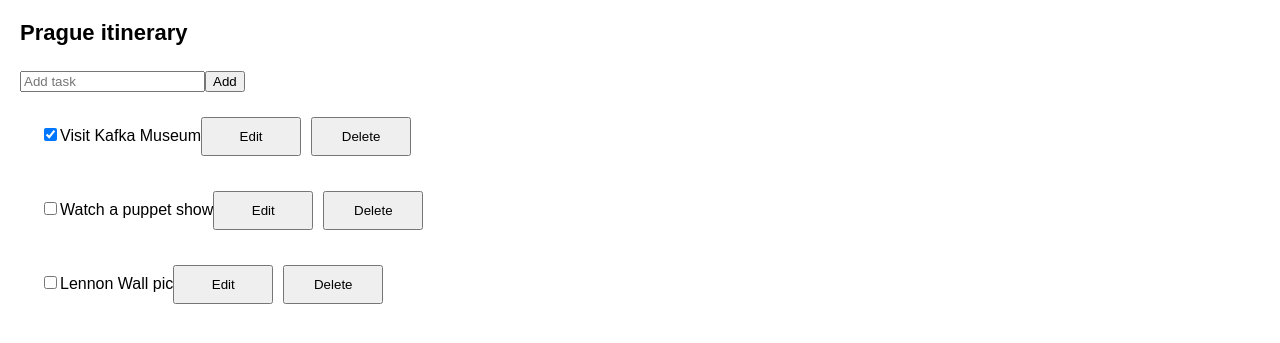
Repository: trider/my-react-app
Page: /
An editor plug-in stored every save of this project. The page is shown before and after the next save, followed by the edit.
The browser window is 1280 px wide. The pictures show the whole page.
The project was rebuilt for these pictures with package versions that can differ from the ones it lists, and the page was loaded fresh each time. Also part of the build but not shown: src/components/basic/Gallery.js, src/components/basic/Profile.js, src/components/utils.js, src/components/basic/Avatar.js, src/components/basic/GridX.js, src/components/time/Clock.js, src/components/time/Time.js, src/components/basic/ListT.js and 55 more. Imported but missing from the stored project, and not drawn on this page: src/components/stateManagement/Accoridion.

Above is the page before, as saved 2024-04-25 10:37:54.

### src/App.js
// import logo from './logo.svg';
import Gallery from './components/basic/Gallery.js';
import Profile from './components/basic/Profile.js';
import Avatar from './components/basic/Avatar.js';
import GridX from './components/basic/GridX.js';
import Time from './components/time/Time.js';
import List from './components/basic/ListT.js';
import ListP from './components/people/people.js';
import Tea from './components/basic/Tea.js';
import MyFancy from './components/fancyText/MyFancy.js';
import Interactive from './components/inveractive/interactive.js';
import State from './components/state/state.js';
import StateManagement from './components/stateManagement/StateManagement.js';

import Card from './components/basic/Card.js';

import './App.css';
import './styles.css';

const props = {
  avatar: {
    size: 100,
    person: {
      name: 'Katsuko Saruhashi',
      imageId: 'YfeOqp2'
    }
  },
  show: {
    default: {
      show:false,
      components:{
        clock: false,
        avatar: false,
        gallery: false,
        grid: false,
        profile: false,
        list: false,
        people: false,
        tea: true,
        fancy: true
      }
    },
    interactive: false,
    state: false,
    stateManagement: true



  }

}

const person = {
  name: 'Gregorio Y. Zara',
  theme: {
    backgroundColor: 'black',
    color: 'pink'
  }
};




let App = () => {
  return (
    <div>

      { props.show.default.show &&
        <div>
          {props.show.default.components.clock && <Card><Time /></Card>}
          {props.show.default.components.profile && <Card><Profile /></Card>}
          {props.show.default.components.grid && <Card><GridX /></Card>}
          {props.show.default.components.person &&
            <Card>
              <div style={person.theme}>
                <h1>{person.name}'s Todos</h1>
                <img
                  className="avatar"
                  src="https://i.imgur.com/7vQD0fPs.jpg"
                  alt="Gregorio Y. Zara"
                />
                <ul>
                  <li>Improve the videophone</li>
                  <li>Prepare aeronautics lectures</li>
                  <li>Work on the alcohol-fuelled engine</li>
                </ul>
              </div>
            </Card>
          }


            {props.show.default.components.avatar &&
              <Card>
                <div className="avatar"><Avatar {...props.avatar} /></div>
              </Card>

            }

            {props.show.default.components.list && <Card><List /></Card>}
            {props.show.default.components.gallery && <Card><Gallery /></Card>}
            {props.show.default.components.people && <Card><ListP /></Card>}
            {props.show.default.components.tea && <Card><Tea /></Card>}
            {props.show.default.components.fancy && <Card><MyFancy /></Card>}



        </div>
      }
      {props.show.interactive && <Interactive />}
      {props.show.state && <State />}
      {props.show.stateManagement && <StateManagement />}



    </div>


  );
}


export default App;

### src/components/stateManagement/StateManagement.js
import Quiz from "./Quiz";
import FeedbackForm from "./FeedBack";
import NameCheck from "./NameCheck";
import Menu from "./Snacks";
import Card from "../basic/Card";
import TravelPlan from "./places/TravelPlan";
import Accordion from "./Accoridion";
import Counter1 from "./Counters/Counters1";
import Counter2 from "./Counters/Counters2";
import Counter3 from "./Counters/Counters3";
import Counter4 from "./Counters/Counters4";
import Scoreboard from "./Counters/Counters5";
import Messenger from "./Contacts/Contacts";
import TaskApp from "./Reducers/TaskApp";

import './styles.css';
import './Counters/counters.css';
// import './places/places.css';

const props = {
 show: {
  quiz: false,
  feedBack: false,
  nameCheck: false,
  menu: false,
  travelPlan: false,
  accordion:false,
  counter1:false,
  counter2:false,
  counter3:false,
  counter4:false,
  scoreboard:false,
  messenger:false,
  taskApp:true

 }
};


const StateManagement = () => {


  return (
    <div>
     {props.show.quiz && <Quiz />}
     {props.show.feedBack && <FeedbackForm />}
     {props.show.nameCheck && <NameCheck />}
     {props.show.menu &&
      <Card>
        <Menu />
      </Card>}
      {props.show.travelPlan && <TravelPlan /> }
      {props.show.accordion &&  <Accordion />}
      {props.show.counter1 && <Counter1 />}
      {props.show.counter2 && <Counter2 />}
      {props.show.counter3 && <Counter3 />}
      {props.show.counter4 && <Counter4 />}
      {props.show.scoreboard && <Scoreboard />}
      {props.show.messenger && <Messenger />}
      {props.show.taskApp && <TaskApp />}

    </div>
  );
}

export default StateManagement;

### src/styles.css
* {
 box-sizing: border-box;
}

body {
 font-family: sans-serif;
 margin: 20px;
 padding: 0;
}

h1 {
 margin-top: 0;
 font-size: 22px;
}

h2 {
 margin-top: 0;
 font-size: 20px;
}

h3 {
 margin-top: 0;
 font-size: 18px;
}

h4 {
 margin-top: 0;
 font-size: 16px;
}

h5 {
 margin-top: 0;
 font-size: 14px;
}

h6 {
 margin-top: 0;
 font-size: 12px;
}

code {
 font-size: 1.2em;
}

ul {
 padding-inline-start: 20px;
 list-style-type: circle;
}

.card {
 width: fit-content;
 margin: 5px;
 display: block;
 margin-left: auto;
 margin-right: auto;
 padding: 5px;
 font-size: 20px;
 text-align: center;
 border: 1px solid #aaa;
 border-radius: 20px;
 background: #fff;
}
.avatar {
 margin: 20px;
 border-radius: 50%;
}

### src/components/people/people.css
* {
 box-sizing: border-box;
}

body {
 font-family: sans-serif;
 margin: 20px;
 padding: 0;
}

h1 {
 margin-top: 0;
 font-size: 22px;
}

h2 {
 margin-top: 0;
 font-size: 20px;
}

h3 {
 margin-top: 0;
 font-size: 18px;
}

h4 {
 margin-top: 0;
 font-size: 16px;
}

h5 {
 margin-top: 0;
 font-size: 14px;
}

h6 {
 margin-top: 0;
 font-size: 12px;
}

code {
 font-size: 1.2em;
}

ul {
 padding-inline-start: 20px;
}

ul { list-style-type: none; padding: 0px 10px; }
li {
 margin-bottom: 10px;
 display: grid;
 grid-template-columns: auto 1fr;
 gap: 20px;
 align-items: center;
}
img { width: 100px; height: 100px; border-radius: 50%; }

### src/components/fancyText/fancy.css
* {
 box-sizing: border-box;
}

body {
 font-family: sans-serif;
 margin: 20px;
 padding: 0;
}

h1 {
 margin-top: 0;
 font-size: 22px;
}

h2 {
 margin-top: 0;
 font-size: 20px;
}

h3 {
 margin-top: 0;
 font-size: 18px;
}

h4 {
 margin-top: 0;
 font-size: 16px;
}

h5 {
 margin-top: 0;
 font-size: 14px;
}

h6 {
 margin-top: 0;
 font-size: 12px;
}

code {
 font-size: 1.2em;
}

ul {
 padding-inline-start: 20px;
}

.fancy {
 font-family: 'Georgia';
}
.title {
 color: #007AA3;
 text-decoration: underline;
}
.cursive {
 font-style: italic;
}
.small {
 font-size: 10px;
}
.colorbox {
 height: 100px;
 width: 100px;
 margin: 8px;
}

### src/components/inveractive/interactive.css
* {
 box-sizing: border-box;
}

body {
 font-family: sans-serif;
 margin: 20px;
 padding: 0;
}

h1 {
 margin-top: 0;
 font-size: 22px;
}

h2 {
 margin-top: 5px;
 font-size: 20px;
}

h3 {
 margin-top: 0;
 font-size: 18px;
}

h4 {
 margin-top: 0;
 font-size: 16px;
}

h5 {
 margin-top: 0;
 font-size: 14px;
}

h6 {
 margin-top: 0;
 font-size: 12px;
}

code {
 font-size: 1.2em;
}

ul {
 padding-inline-start: 20px;
}

section {
 margin-bottom: 20px;
}

button {
 margin-top: 10px;
 margin-right: 10px;
 margin-bottom: 15px;
}


.Toolbar {
 background: #aaa;
 padding: 5px;
}

### src/components/state/state.css
* {
 box-sizing: border-box;
}

body {
 font-family: sans-serif;
 margin: 20px;
 padding: 0;
}

h1 {
 margin-top: 0;
 font-size: 22px;
}

h2 {
 margin-top: 0;
 font-size: 20px;
}

h3 {
 margin-top: 0;
 font-size: 18px;
}

h4 {
 margin-top: 0;
 font-size: 16px;
}

h5 {
 margin-top: 0;
 font-size: 14px;
}

h6 {
 margin-top: 0;
 font-size: 12px;
}

code {
 font-size: 1.2em;
}

ul {
 padding-inline-start: 20px;
 list-style-type: circle;
}


label, textarea { margin-bottom: 10px; display: block; }

.cardState {
 width:max-content;
 margin: 5px;
 display: block;
 /* margin-left: auto;
 margin-right: auto; */
 padding: 5px;
 font-size: 20px;
 text-align: center;
 border: 1px solid #aaa;
 border-radius: 20px;
 background: #fff;
}

### src/components/stateManagement/Reducers/TaskApp.js
import { useState } from 'react';
import AddTask from './AddTask.js';
import TaskList from './TaskList.js';

export default function TaskApp() {
  const [tasks, setTasks] = useState(initialTasks);

  function handleAddTask(text) {
    setTasks([
      ...tasks,
      {
        id: nextId++,
        text: text,
        done: false,
      },
    ]);
  }

  function handleChangeTask(task) {
    setTasks(
      tasks.map((t) => {
        if (t.id === task.id) {
          return task;
        } else {
          return t;
        }
      })
    );
  }

  function handleDeleteTask(taskId) {
    setTasks(tasks.filter((t) => t.id !== taskId));
  }

  return (
    <>
      <h1>Prague itinerary</h1>
      <AddTask onAddTask={handleAddTask} />
      <TaskList
        tasks={tasks}
        onChangeTask={handleChangeTask}
        onDeleteTask={handleDeleteTask}
      />
    </>
  );
}

let nextId = 3;
const initialTasks = [
  {id: 0, text: 'Visit Kafka Museum', done: true},
  {id: 1, text: 'Watch a puppet show', done: false},
  {id: 2, text: 'Lennon Wall pic', done: false},
];

### src/components/stateManagement/styles.css
* {
 box-sizing: border-box;
}

body {
 font-family: sans-serif;
 margin: 20px;
 padding: 0;
}

h1 {
 margin-top: 0;
 font-size: 22px;
}

h2 {
 margin-top: 0;
 font-size: 20px;
}

h3 {
 margin-top: 0;
 font-size: 18px;
}

h4 {
 margin-top: 0;
 font-size: 16px;
}

h5 {
 margin-top: 0;
 font-size: 14px;
}

h6 {
 margin-top: 0;
 font-size: 12px;
}

code {
 font-size: 1.2em;
}

ul {
 padding-inline-start: 20px;
}

h3, p { margin: 5px 0px; }
.panel {
 padding: 10px;
 border: 1px solid #aaa;
}

### src/components/stateManagement/Counters/counters.css
* {
 box-sizing: border-box;
}

body {
 font-family: sans-serif;
 margin: 20px;
 padding: 0;
}

h1 {
 margin-top: 0;
 font-size: 22px;
}

h2 {
 margin-top: 0;
 font-size: 20px;
}

h3 {
 margin-top: 0;
 font-size: 18px;
}

h4 {
 margin-top: 0;
 font-size: 16px;
}

h5 {
 margin-top: 0;
 font-size: 14px;
}

h6 {
 margin-top: 0;
 font-size: 12px;
}

code {
 font-size: 1.2em;
}

ul {
 padding-inline-start: 20px;
}

label {
 display: block;
 clear: both;
}

.counter {
 width: 100px;
 text-align: center;
 border: 1px solid gray;
 border-radius: 4px;
 padding: 20px;
 margin: 0 20px 20px 0;
 float: left;
}

.hover {
 background: #ffffd8;
}

### src/components/stateManagement/places/places.css
* {
 box-sizing: border-box;
}

body {
 font-family: sans-serif;
 margin: 20px;
 padding: 0;
}

h1 {
 margin-top: 0;
 font-size: 22px;
}

h2 {
 margin-top: 0;
 font-size: 20px;
}

h3 {
 margin-top: 0;
 font-size: 18px;
}

h4 {
 margin-top: 0;
 font-size: 16px;
}

h5 {
 margin-top: 0;
 font-size: 14px;
}

h6 {
 margin-top: 0;
 font-size: 12px;
}

code {
 font-size: 1.2em;
}

ul {
 padding-inline-start: 20px;
 text-align: left;
 /* vertical-align: top; */
}

li {
 margin-bottom: 10px;
 /* vertical-align: top; */
}

### src/components/stateManagement/Contacts/contacts.css
* {
 box-sizing: border-box;
}

body {
 font-family: sans-serif;
 margin: 20px;
 padding: 0;
}

h1 {
 margin-top: 0;
 font-size: 22px;
}

h2 {
 margin-top: 0;
 font-size: 20px;
}

h3 {
 margin-top: 0;
 font-size: 18px;
}

h4 {
 margin-top: 0;
 font-size: 16px;
}

h5 {
 margin-top: 0;
 font-size: 14px;
}

h6 {
 margin-top: 0;
 font-size: 12px;
}

code {
 font-size: 1.2em;
}

ul {
 padding-inline-start: 20px;
}

.chat, .contact-list {
 float: left;
 margin-bottom: 20px;
}
ul, li {
 list-style: none;
 margin: 0;
 padding: 0;
}
li button {
 width: 100px;
 padding: 10px;
 margin-right: 10px;
}
textarea {
 height: 150px;
}

### src/components/stateManagement/Reducers/AddTask.js
import { useState } from 'react';

export default function AddTask({onAddTask}) {
  const [text, setText] = useState('');
  return (
    <>
      <input
        placeholder="Add task"
        value={text}
        onChange={(e) => setText(e.target.value)}
      />
      <button
        onClick={() => {
          setText('');
          onAddTask(text);
        }}>
        Add
      </button>
    </>
  );
}

### src/components/stateManagement/Reducers/TaskList.js
import { useState } from 'react';

export default function TaskList({tasks, onChangeTask, onDeleteTask}) {
  return (
    <ul>
      {tasks.map((task) => (
        <li key={task.id}>
          <Task task={task} onChange={onChangeTask} onDelete={onDeleteTask} />
        </li>
      ))}
    </ul>
  );
}

function Task({task, onChange, onDelete}) {
  const [isEditing, setIsEditing] = useState(false);
  let taskContent;
  if (isEditing) {
    taskContent = (
      <>
        <input
          value={task.text}
          onChange={(e) => {
            onChange({
              ...task,
              text: e.target.value,
            });
          }}
        />
        <button onClick={() => setIsEditing(false)}>Save</button>
      </>
    );
  } else {
    taskContent = (
      <>
        {task.text}
        <button onClick={() => setIsEditing(true)}>Edit</button>
      </>
    );
  }
  return (
    <label>
      <input
        type="checkbox"
        checked={task.done}
        onChange={(e) => {
          onChange({
            ...task,
            done: e.target.checked,
          });
        }}
      />
      {taskContent}
      <button onClick={() => onDelete(task.id)}>Delete</button>
    </label>
  );
}

### src/components/stateManagement/Reducers/styles.css
* {
  box-sizing: border-box;
}

body {
  font-family: sans-serif;
  margin: 20px;
  padding: 0;
}

h1 {
  margin-top: 0;
  font-size: 22px;
}

h2 {
  margin-top: 0;
  font-size: 20px;
}

h3 {
  margin-top: 0;
  font-size: 18px;
}

h4 {
  margin-top: 0;
  font-size: 16px;
}

h5 {
  margin-top: 0;
  font-size: 14px;
}

h6 {
  margin-top: 0;
  font-size: 12px;
}

code {
  font-size: 1.2em;
}

ul {
  padding-inline-start: 20px;
}

button {
  margin: 5px;
}
li {
  list-style-type: none;
}
ul,
li {
  margin: 0;
  padding: 0;
}

Loaded but not shown: public/index.html (common file); src/index.js (common file); src/index.css (common file); src/reportWebVitals.js (common file)

After the next save:
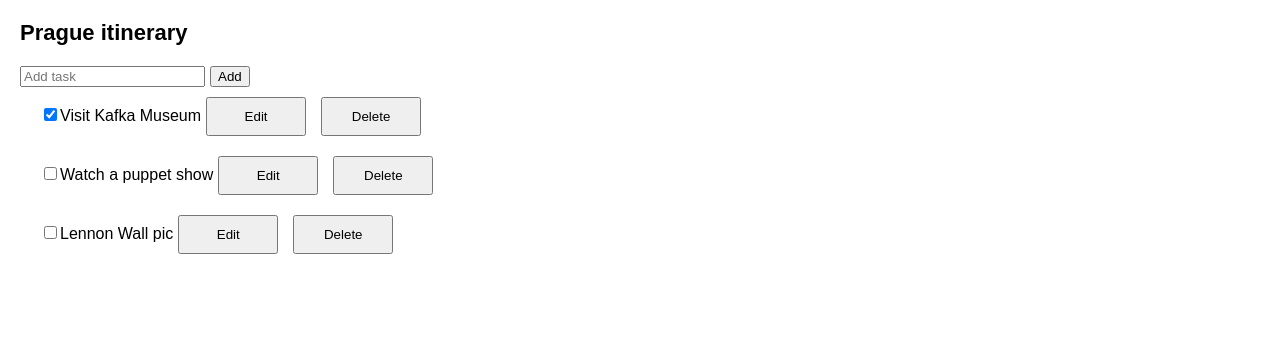
Saved 22 s later.
--- a/src/components/stateManagement/Reducers/TaskApp.js
+++ b/src/components/stateManagement/Reducers/TaskApp.js
@@ -1,6 +1,7 @@
 import { useState } from 'react';
 import AddTask from './AddTask.js';
 import TaskList from './TaskList.js';
+import './styles.css';
 
 export default function TaskApp() {
   const [tasks, setTasks] = useState(initialTasks);
